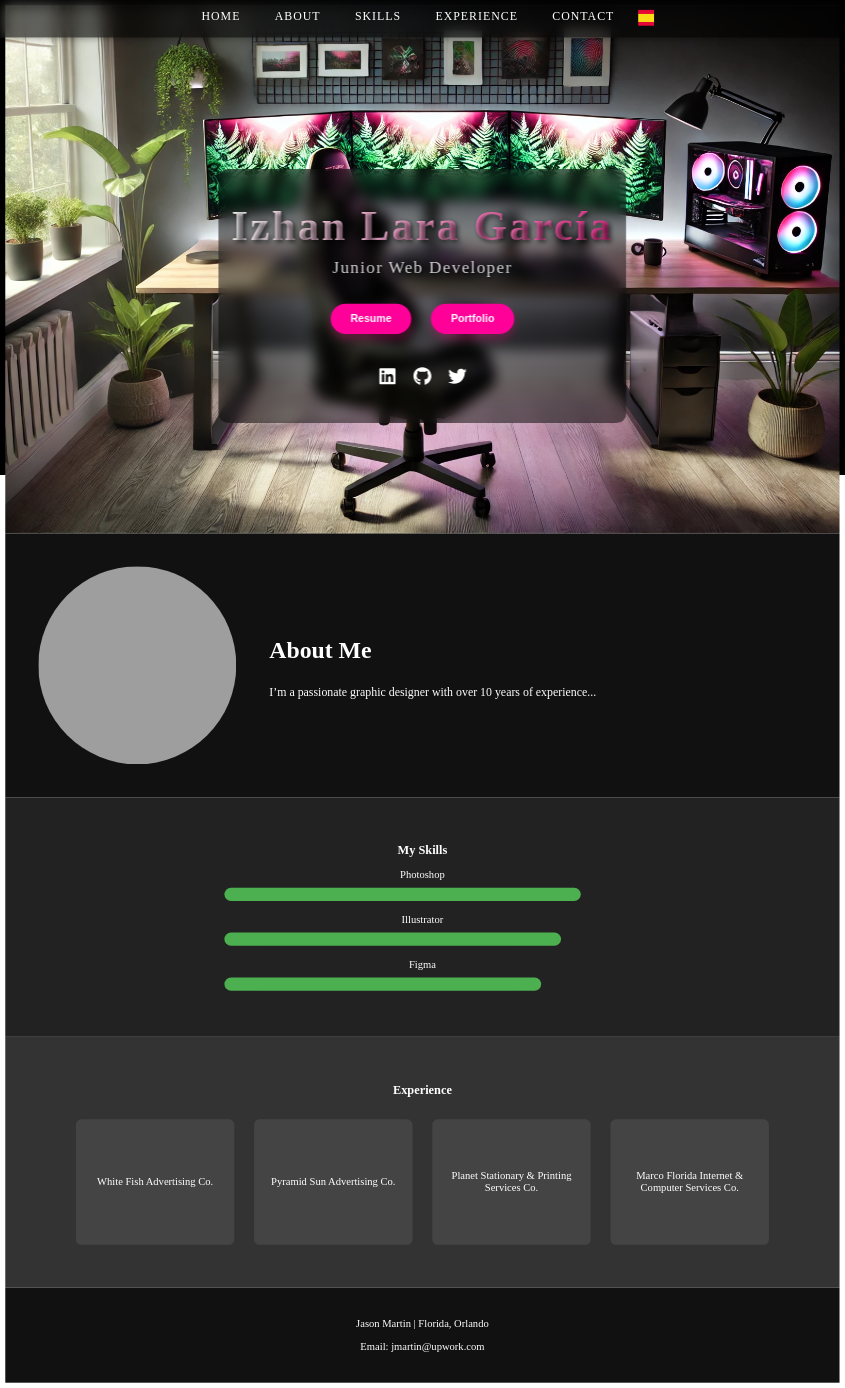
Repository: izhanlaraagarcia/izhanlaraagarcia.github.io
Page: / (app in vite-project/)
An editor plug-in stored every save of this project. The page is shown before and after the next save, followed by the edit.
The browser window is 1280 px wide. The pictures show the whole page, at 66% of full size.
Pictures or frames that could not be fetched are drawn as grey boxes. The project was rebuilt for these pictures with package versions that can differ from the ones it lists, and the page was loaded fresh each time. Also part of the build but not shown: vite-project/vite.config.js.

Above is the page before, as saved 2024-09-17 21:23:22.

After the next save:
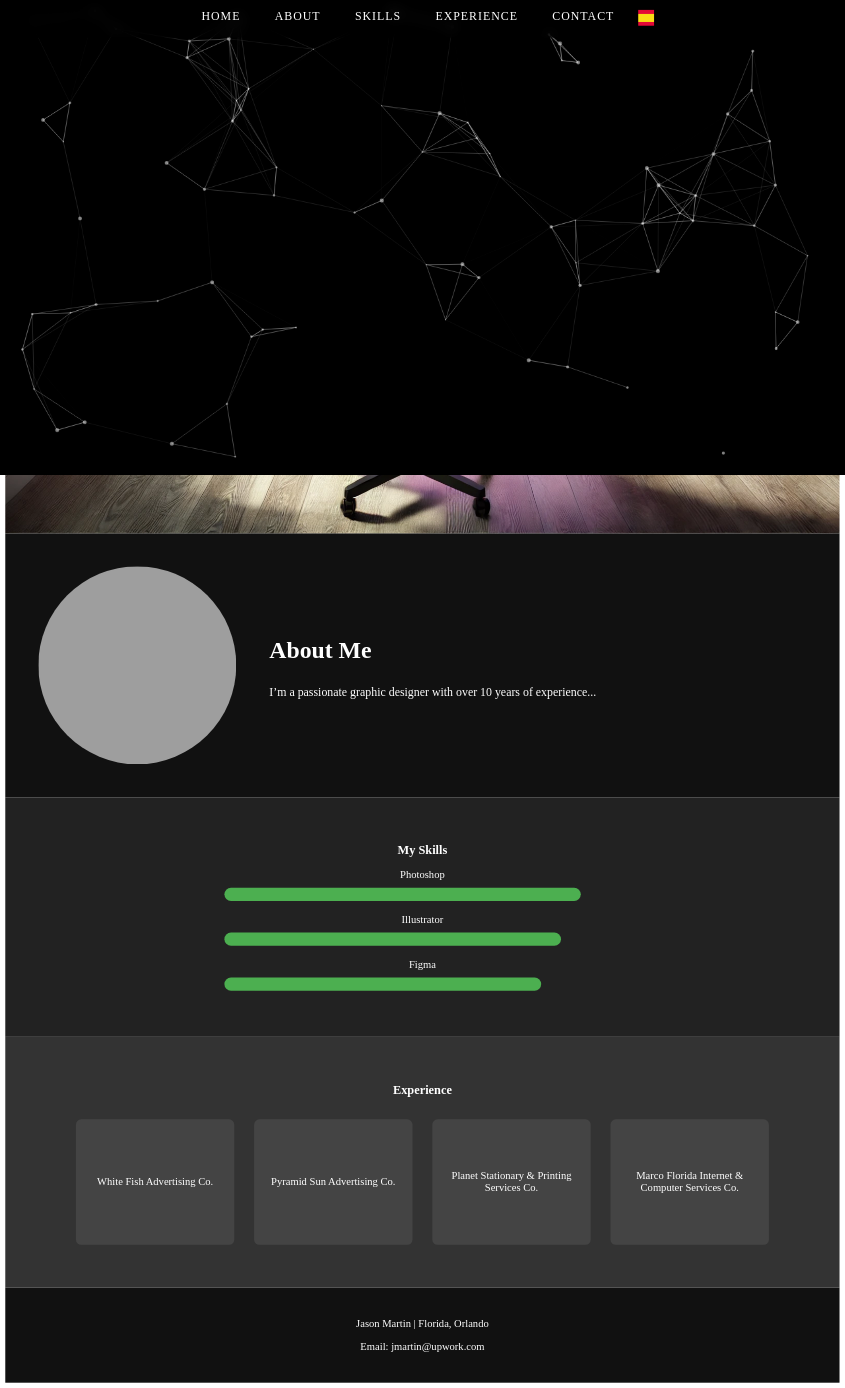
Saved 72 s later.
--- a/vite-project/src/index.css
+++ b/vite-project/src/index.css
@@ -128,7 +128,7 @@
   position: fixed;
   width: 100%;
   height: 100%;
-  z-index: -1; /* Aseguramos que el contenido esté encima */
+  z-index: 10; /* Aseguramos que el contenido esté encima */
   top: 0;
   left: 0;
 }

After the 2 saves that followed:
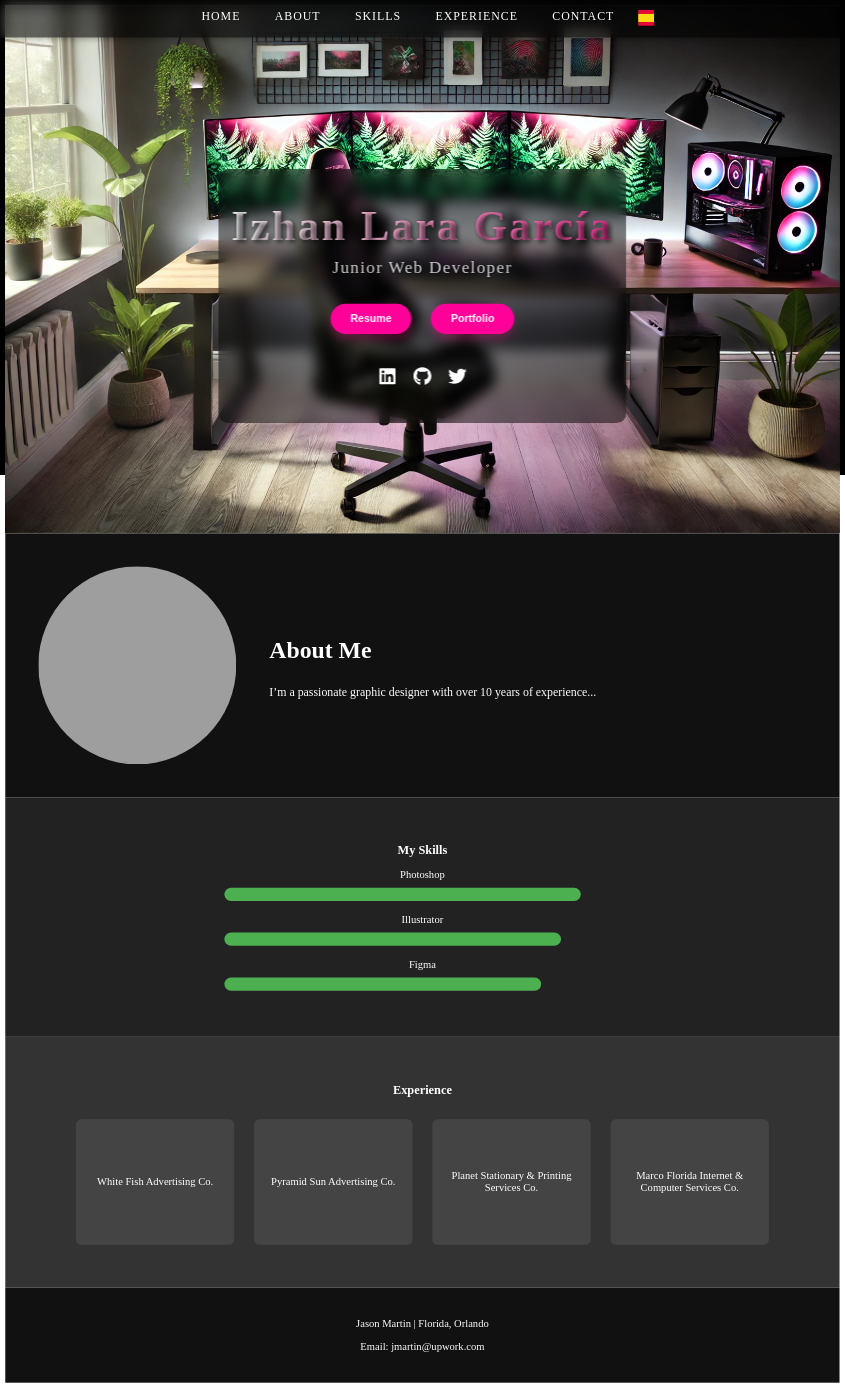
The 2 saves are shown as one change because 1 left the picture as it was.
The last was saved 10 s later.
--- a/vite-project/src/index.css
+++ b/vite-project/src/index.css
@@ -128,7 +128,7 @@
   position: fixed;
   width: 100%;
   height: 100%;
-  z-index: 10; /* Aseguramos que el contenido esté encima */
+  z-index: 0; /* Aseguramos que el contenido esté encima */
   top: 0;
   left: 0;
 }
